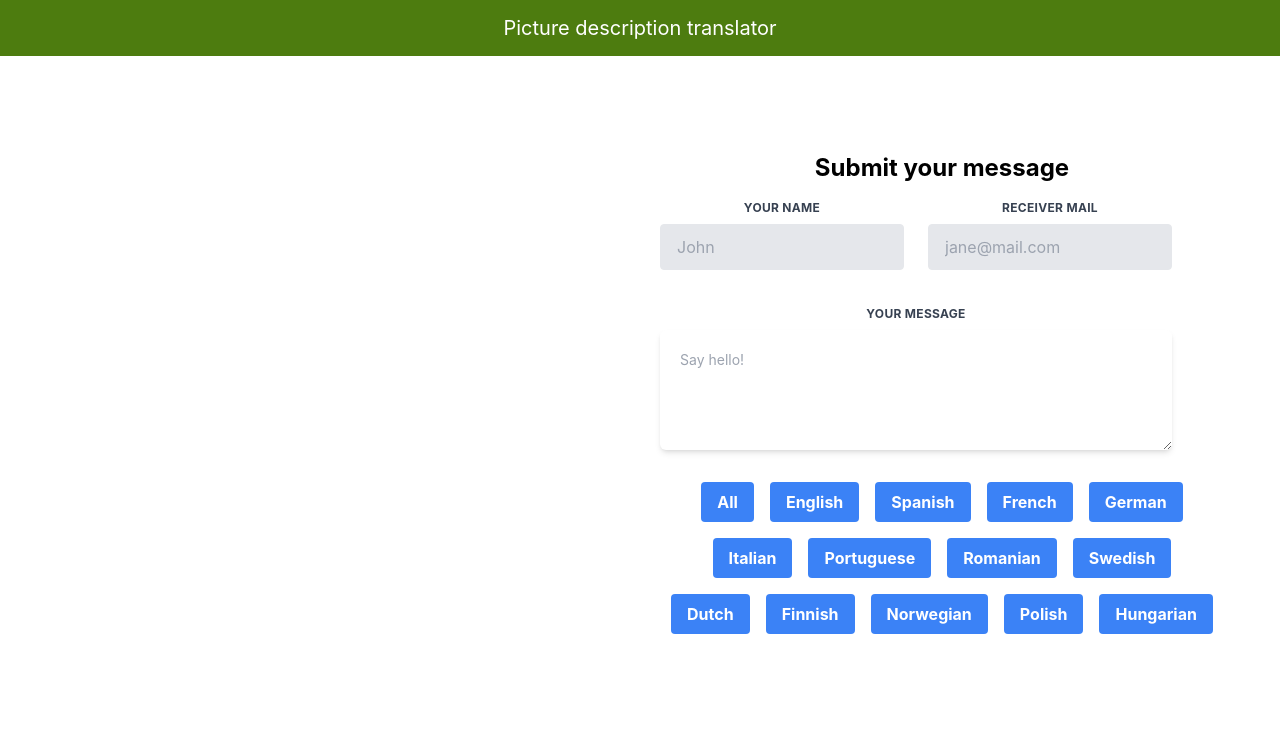
Repository: daliamsr/CloudComputing-Front
Page: /
The author's editor kept a copy of each file at every save. The page is drawn from the files as they stood at one save, then again after the next save.
The browser window is 1280 px wide. The pictures show the whole page.
The project was rebuilt for these pictures with package versions that can differ from the ones it lists, and the page was loaded fresh each time.

Above is the page before, as saved 2022-05-09 23:36:06.

After the next save:
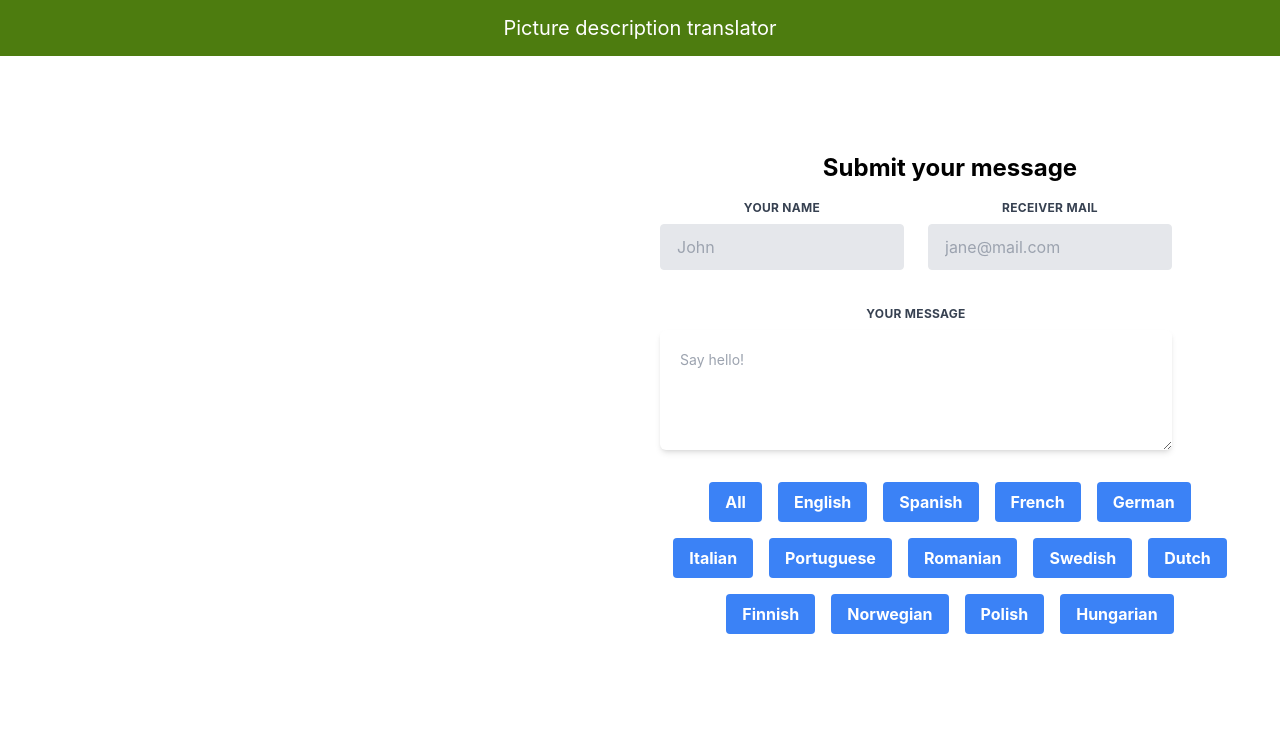
Saved 66 s later.
--- a/src/Javascript/Components/MainPage.jsx
+++ b/src/Javascript/Components/MainPage.jsx
@@ -7,7 +7,7 @@ function MainPage() {
     return (
         <div id="MainPage">
             <Header />
-                <div className="flex max-w-7xl m-auto px-14 py-24">
+                <div className="flex max-w-7xl m-auto px-10 py-24">
                     <div className='w-1/2 pr-5'>
                     </div>
                     <div className='w-1/2 pl-5'>
